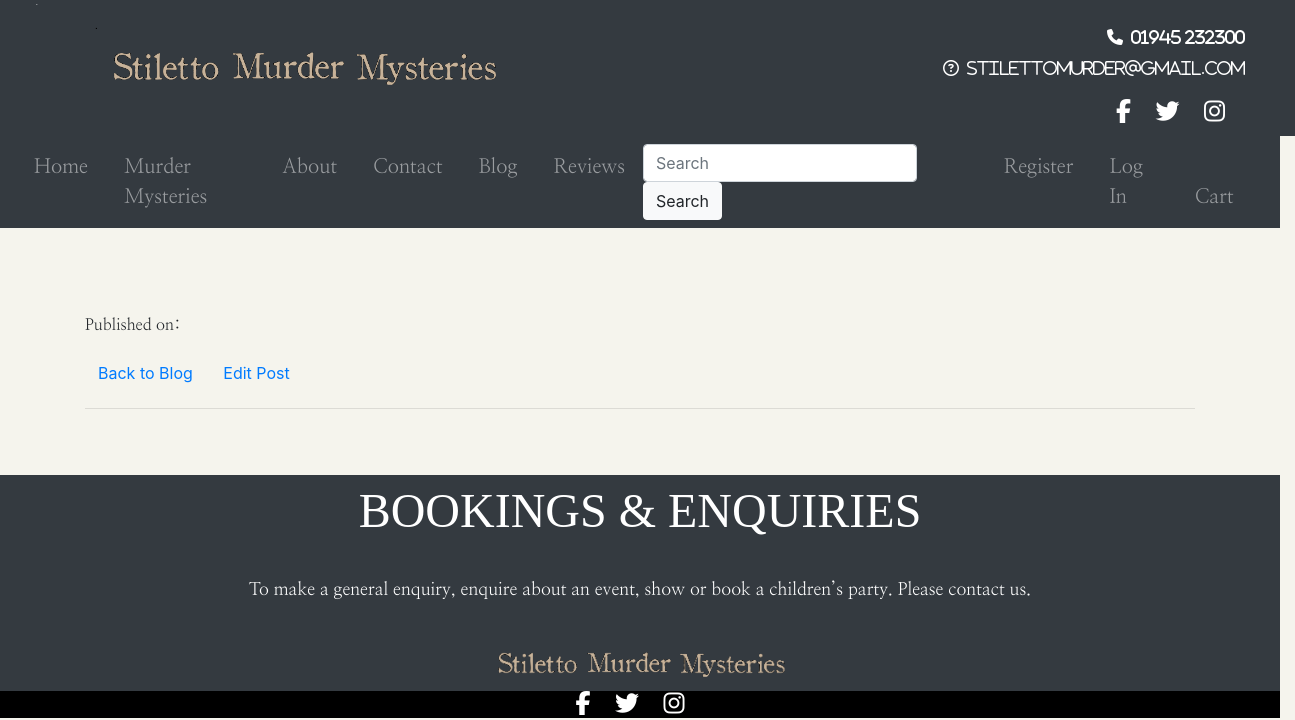
Repository: TaylorD1982/murder-milestone
Page: blog/templates/postdetail.html
The author's editor kept a record of every edit. The page is drawn from the files as they stood at one moment, then again after the next edit.
The browser window is 1280 px wide. The page is 1295 px wide, so the pictures cover 1295 px, including what lies to the right of the window. The pictures show the whole page.
Some icons come from a web library that is not loaded, so they are not drawn. Some web fonts or font styles are not loaded; a fallback is used. Some web libraries are served in a nearby version. The template is drawn by Django 2.2. The application's start-up code is not run. Other server files are loaded and not shown. The template is opened directly, without the code that normally fills it, so the values that code supplies are empty.

Above is the page before.
Console error: ReferenceError: emailjs is not defined

### blog/templates/postdetail.html
{% extends "base.html" %}
{% block content %}
<div class="container">
            <h3 class="blog-title">{{ post.title }}</h3>
            <p class="blog-content">{{ post.content }}</p>
            <p class="blog-info">Published on: {{ post.published_date }} </p>

            <a href="{% url 'get_posts' %}" class="btn btn-default">Back to Blog</a>
            <a href="{% url 'edit_post' post.id %}" class="btn btn-default">Edit Post</a>
            <hr>
</div>
{% endblock %}

### templates/base.html
{% load staticfiles %}
<!DOCTYPE html>
<html lang="en">

<head>
    <meta charset="UTF-8">
    <meta name="viewport" content="width=device-width, initial-scale=1.0">
    <meta http-equiv="X-UA-Compatible" content="ie=edge">
    <title>Murder Mystery</title>
    <link rel="stylesheet" href="{% static 'font-awesome/css/font-awesome.min.css' %}">
    <link rel="stylesheet" href="{% static 'css/custom.css' %}">
    <script src="https://cdnjs.cloudflare.com/ajax/libs/jquery/3.2.1/jquery.min.js"></script>
    <script src="https://cdnjs.cloudflare.com/ajax/libs/twitter-bootstrap/3.3.7/js/bootstrap.min.js"></script>
    <link rel="stylesheet" href="https://maxcdn.bootstrapcdn.com/bootstrap/4.0.0/css/bootstrap.min.css" integrity="sha384-Gn5384xqQ1aoWXA+058RXPxPg6fy4IWvTNh0E263XmFcJlSAwiGgFAW/dAiS6JXm" crossorigin="anonymous">
    <script src="https://code.jquery.com/jquery-3.2.1.slim.min.js" integrity="sha384-KJ3o2DKtIkvYIK3UENzmM7KCkRr/rE9/Qpg6aAZGJwFDMVNA/GpGFF93hXpG5KkN" crossorigin="anonymous"></script>
    <script src="https://cdnjs.cloudflare.com/ajax/libs/popper.js/1.12.9/umd/popper.min.js" integrity="sha384-ApNbgh9B+Y1QKtv3Rn7W3mgPxhU9K/ScQsAP7hUibX39j7fakFPskvXusvfa0b4Q" crossorigin="anonymous"></script>
    <script src="https://maxcdn.bootstrapcdn.com/bootstrap/4.0.0/js/bootstrap.min.js" integrity="sha384-JZR6Spejh4U02d8jOt6vLEHfe/JQGiRRSQQxSfFWpi1MquVdAyjUar5+76PVCmYl" crossorigin="anonymous"></script>

    <script type="text/javascript" src="https://cdn.jsdelivr.net/npm/emailjs-com@2.3.2/dist/email.min.js"></script>
    <script type="text/javascript">
        (function(){
            emailjs.init("user_UbfQMZPiQGURDwMtv5SCI");
        })();
    </script>


    <link href="https://fonts.googleapis.com/css2?family=Italianno&display=swap" rel="stylesheet">
    <script src="https://kit.fontawesome.com/5336900852.js" crossorigin="anonymous"></script>
    <link href="https://fonts.googleapis.com/css?family=Nanum+Myeongjo&display=swap" rel="stylesheet"> {% block head_js %} {% endblock head_js %}
</head>

<body class="body">
    <div class="row banner">
        <div class="col-6">
            <div>
                <img width="100%" src="{% static 'images/banner-desktop-new.png' %}" alt="Stiletto Murder Mysteries">
            </div>
        </div>
        <div class="col-6 box">
            <div class="content-1">
                <div>
                    <i class="fas fa-phone contact-navbar">&nbsp;&nbsp;01945 232300</i>
                </div>
                <div>
                    <i class="far fa-question-circle contact-navbar">&nbsp;&nbsp;stilettomurder@gmail.com</i>
                </div>
            </div>
            <div class="content">
                <a href="https://facebook.com" target="_blank" class="fa fa-facebook"></a>
                <a href="https://twitter.com" target="_blank" class="fa fa-twitter fa-large"></a>
                <a href="https://instagram.com" target="_blank" class="fa fa-instagram fa-large"></a>
            </div>
        </div>
    </div>

    <!-- Fixed masthead -->

    <nav class="navbar navbar-expand-lg navbar-dark bg-dark">
        <button class="navbar-toggler mx-auto" type="button" data-toggle="collapse" data-target="#navbarNavAltMarkup" aria-controls="navbarNavAltMarkup" aria-expanded="false" aria-label="Toggle navigation">
    <span class="navbar-toggler-icon"></span>
  </button>
        <div class="collapse navbar-collapse" id="navbarNavAltMarkup">
            <ul class="navbar-nav mr-auto">
                <li class="nav-item">
                    <a class="nav-link" href="/">Home</a>
                </li>
                <li class="nav-item">
                    <a class="nav-link" href="{% url 'products' %}">Murder Mysteries</a>
                </li>
                <li class="nav-item">
                    <a class="nav-link" href="{% url 'about' %}">About</a>
                </li>
                <li class="nav-item">
                    <a class="nav-link" href="{% url 'contact' %}">Contact</a>
                </li>
                <li class="nav-item">
                    <a class="nav-link" href="{% url 'get_posts' %}">Blog</a>
                </li>
                <li class="nav-item">
                    <a class="nav-link" href="{% url 'get_reviews' %}">Reviews</a>
                </li>
            </ul>
            <form class="form-inline my-2 my-lg-0" action="{% url 'search' %}" method="get">
              <input class="form-control mr-sm-2" placeholder="Search" aria-label="Search" type="text" name="q">
              <button class="btn btn-light my-2 my-sm-0" type="submit">Search</button>
            </form>
            <ul class="navbar-nav ml-auto">
                {% if user.is_authenticated %}
                <li class="nav-item">
                    <a class="nav-link" href="{% url 'profile' %}">Profile</a>
                </li>
                <li class="nav-item">
                    <a class="nav-link" href="{% url 'logout' %}">Log Out</a>
                </li>
                {% else %}
                <li class="nav-item">
                    <a class="nav-link" href="{% url 'registration' %}">Register</a>
                </li>
                <li class="nav-item">
                    <a class="nav-link" href="{% url 'login' %}">Log In</a>
                </li>
                {% endif %}
                <li class="nav-item">
                    <a class="nav-link" href="{% url 'view_cart' %}">
                        <i class="fa fa-shipping-cart"></i>Cart
                            {% if product_count > 0 %}
                            <label class="badge badge-warning">{{ product_count }}</label>
                            {% endif %}
                    </a>
                </li>
            </ul>
        </div>
    </nav>

    <div = class="home">
        {% block content %} <img width="100%" src="{% static 'images/haunted-house-desktop.jpeg' %}" alt="Football League"> {% endblock %}
        {% if messages %}
                <div class="messages">
                    {% for message in messages %} {{ message }} {% endfor %}
                </div>
        {% endif %}


    </div>
    <footer>
        <div>
            <div class="footer-booking-header">BOOKINGS & ENQUIRIES</div>
            <div class="footer-booking-content">To make a general enquiry, enquire about an event, show or book a children’s party. Please contact us.</div>
        </div>
        <div>
            <img width="100%" src="{% static 'images/footer-desktop.png' %}" alt="Stiletto Murder Mysteries">
        </div>
        <div class="social-media">
            <container>
            <a href="https://facebook.com" target="_blank" class="fa fa-facebook"></a>
            <a href="https://twitter.com" target="_blank" class="fa fa-twitter fa-large"></a>
            <a href="https://instagram.com" target="_blank" class="fa fa-instagram fa-large"></a>
            </container>
        </div>
    </footer>
</body>

</html>

### static/css/custom.css
.body {
    background-color: #f5f4ed;
}

.accountform {
    padding-top: 20px;
}

.badge {
    padding-left: 9px;
    padding-right: 9px;
    -webkit-border-radius: 9px;
    -moz-border-radius: 9px;
    border-radius: 9px;
}

.label-warning[href],
.badge-warning[href] {
    background-color: #c67605;
}

caption p {
    word-wrap: break-word;
}

.row.row-flex {
    display: flex;
    flex-wrap: wrap;
    margin-top: 30px;
}

.panel-default {
    border-color: transparent;
    padding: 0 10px;
}

.panel-body {
    height: 100%;
    border: 1px solid #ddd;
}

.product-description {
    min-height: 40px;
}

/*-------------------------Navigation Bar--------*/

.navbar-nav {
  font-family: 'Nanum Myeongjo', serif;
  font-size: 1.25em;
 }

.nav-item {
  padding-left: 10px;
  padding-right: 10px;
 }

.bet_time {
    position:absolute;
    bottom:0;
    right:0;
    padding-right: 50px;
    padding-bottom: 50px;
}

.social-media {
    text-align: center;
    background-color: black;
    font-size: 1em;
}

.fa {
    color: white;
    font-size: 1.5em;
    padding-right: 20px;
    transition: transform .2s;
    margin: 0 auto;
}

.product-name {
    font-family: 'Italianno', cursive;
    font-size: 4em;
}

.product-description {
    font-family: 'Nanum Myeongjo', serif;
    font-size: 1.25em;
}

.box {
    position: relative;
}

.content {
    position: absolute;
    bottom: 10px;
    right: 50px;
}

.content-1 {
    position: absolute;
    bottom: 50px;
    right: 50px;
}

.banner {
    background-color: #343A40;
}

.form-group {
    padding-right: 7px;
}

/*-------------------------contact page-------*/

.container {
    width: 100%;
    padding-right: 15px;
    padding-left: 15px;
    padding-top: 40px;
    padding-bottom: 50px;
    margin-right: auto;
    margin-left: auto;
}

.contact-navbar {
  font-family: 'Nanum Myeongjo', serif;
  font-size: 1em;
  float: right;
  color: white;
  padding-top: 5px;
  padding-bottom: 10px;
}

.contact-title {
    font-family: 'Italianno', cursive;
    font-size: 4em;
    padding-bottom: 30px;
}

.contact-heading {
  font-family: 'Nanum Myeongjo', serif;
  font-size: 1.5em;
  color: #8B4513
}

.contact-content {
  font-family: 'Nanum Myeongjo', serif;
  font-size: 1.3em;
  padding-bottom: 30px;
}

.fa:hover {
  -ms-transform: scale(1.1); /* IE 9 */
  -webkit-transform: scale(1.1); /* Safari 3-8 */
  transform: scale(1.1);
  color:black;
  text-decoration: none;
}

.bg-dark {
    background-color: #413D3C!important;
}

/*-------------------------cart page-------*/

.empty {
    padding-top: 50px;
}

/*-------------------------Log In page-------*/

.container1 {
    padding-right: 155px;
    padding-left: 155px;
    padding-top: 40px;
    padding-bottom: 50px;

}

.home {
    position: relative;
}

.messages {
    position:absolute;
    top:10px;
    left: 10px;
    z-index: 1;
    background-color: #39e600;
    font-family: 'Italianno', cursive;
    font-size: 2em;
    padding-bottom: 30px;

}


.input-group {
    margin-right: 10px;
}

.footer-booking-header {
    font-family: 'Italianno', cursive;
    font-size: 3em;
    color: white;
    padding-bottom: 30px;
    background-color: #343A40;
    text-align: center;
}

.footer-booking-content {
    font-family: 'Nanum Myeongjo', serif;
    font-size: 1.1em;
    color: white;
    padding-bottom: 30px;
    background-color: #343A40;
    text-align: center;
}

/*---------------Reviews page-------*/

.post-review {
    position:absolute;
    top:20px;
    right: 50px;
}

.review-title {
    font-family: 'Italianno', cursive;
    color: #8B4513;
    font-size: 3em;
}

.review-content {
  font-family: 'Nanum Myeongjo', serif;
  font-size: 1.3em;
  padding-bottom: 1px;
  padding-top: 10px;
}

.review-by {
  font-family: 'Nanum Myeongjo', serif;
  font-size: 1em;
  padding-bottom: 1px;
  padding-top: 10px;
}

/*---------------Blog page-------*/

.blog-title {
    font-family: 'Italianno', cursive;
    color: #8B4513;
    font-size: 3em;
}

.blog-content {
  font-family: 'Nanum Myeongjo', serif;
  font-size: 1.3em;
  padding-bottom: 1px;
  padding-top: 10px;
}

.blog-info {
  font-family: 'Nanum Myeongjo', serif;
  font-size: 1em;
  padding-bottom: 1px;
  padding-top: 10px;
}

Loaded but not shown: static/font-awesome/css/font-awesome.min.css (library)

After the next edit:
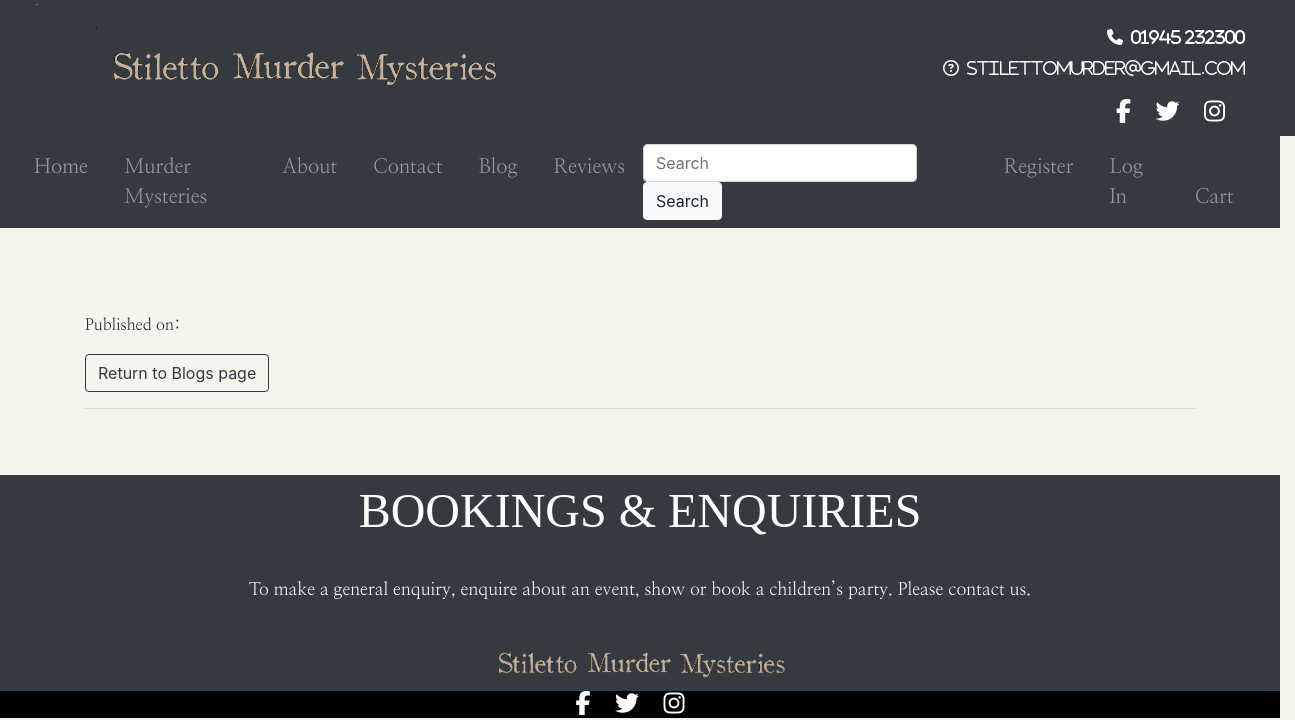
The edit:
--- a/blog/templates/postdetail.html
+++ b/blog/templates/postdetail.html
@@ -5,8 +5,7 @@
             <p class="blog-content">{{ post.content }}</p>
             <p class="blog-info">Published on: {{ post.published_date }} </p>
 
-            <a href="{% url 'get_posts' %}" class="btn btn-default">Back to Blog</a>
-            <a href="{% url 'edit_post' post.id %}" class="btn btn-default">Edit Post</a>
+            <a href="{% url 'get_posts' %}" class="btn btn-outline-dark">Return to Blogs page</a>
             <hr>
 </div>
 {% endblock %}
